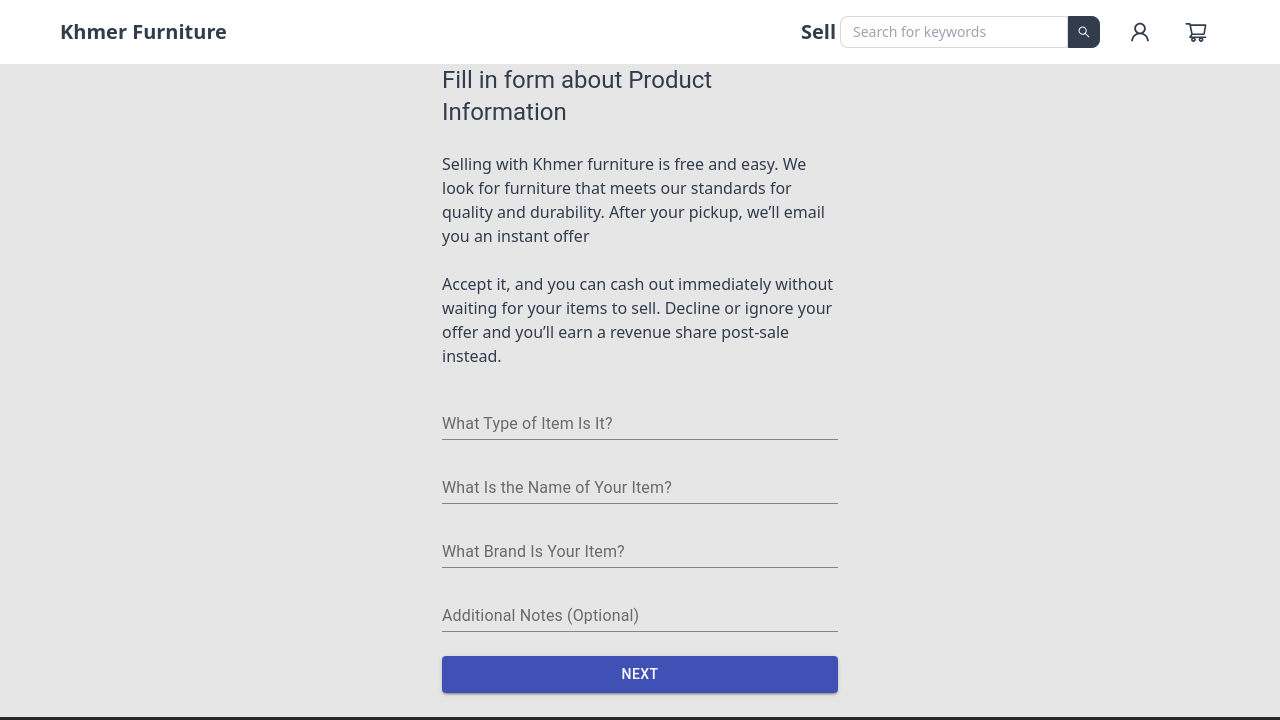
Repository: PlayerNguyen/dotot-shop
Page: /sell (app in client/)
These files come from the project's save history. The page is drawn as it stood at one moment and after the next save; the edit follows.
The browser window is 1280 px wide. The pictures show the whole page.
An inner scrolling area shows only its first screen. The project was rebuilt for these pictures with package versions that can differ from the ones it lists, and the page was loaded fresh each time. Also part of the build but not shown: client/src/components/NoMatch/NoMatch.jsx, client/src/components/Sell/UserDetails.js, client/src/components/Sell/Confirmation.js, client/src/components/Sell/Success.js.

Above is the page before, as saved 2022-12-08 12:39:59.

### client/src/index.html
<!DOCTYPE html>
<html lang="en" data-theme="emerald">
  <head>
    <meta charset="UTF-8" />
    <meta http-equiv="X-UA-Compatible" content="IE=edge" />
    <meta name="viewport" content="width=device-width, initial-scale=1.0" />
    <title>dotot.com - Nơi mua bán đồ cũ</title>
    <link rel="stylesheet" href="./index.css" />
  </head>
  <body>
    <div id="app"></div>

    <script src="./index.js" type="module"></script>
  </body>
</html>

### client/src/index.js
import React, { Suspense } from "react";
import client from "react-dom/client";
import { BrowserRouter } from "react-router-dom";
import App from "./App";
import "./index.css";
const appElement = document.getElementById("app");
let root = client.createRoot(appElement);
import { Provider } from "react-redux";
import { store } from "./stores/globalStore";

root.render(
  <React.StrictMode>
    <BrowserRouter>
      <Provider store={store}>
        <App />
      </Provider>
    </BrowserRouter>
  </React.StrictMode>
);

### client/src/App.jsx
import React, { Suspense } from "react";
import { ToastContainer } from "react-toastify";
import { Link, Route, Routes } from "react-router-dom";
const Home = React.lazy(() => import("./components/Home/Home"));
const Credentials = React.lazy(() =>
  import("./components/Credentials/Credentials")
);
import "react-toastify/dist/ReactToastify.css";
const SignUp = React.lazy(() => import("./components/Credentials/SignUp"));
const SignIn = React.lazy(() => import("./components/Credentials/SignIn"));
import Navbar from "./components/Navbar/Navbar";
const SignOut = React.lazy(() => import("./components/Credentials/SignOut"));
const CredentialSelection = React.lazy(() =>
  import("./components/Credentials/CredentialSelection")
);

import NoMatch from "./components/NoMatch/NoMatch";
import Footer from "./components/Footer/Footer";

const Product = React.lazy(() => import("./components/Product/Product"));
const ProductView = React.lazy(() =>
  import("./components/Product/ProductView")
);
const Profile = React.lazy(() => import("./components/Profile/Profile"));
const ProfileGeneral = React.lazy(() =>
  import("./components/Profile/ProfileGeneral")
);
const RequestSignedIn = React.lazy(() =>
  import("./components/RequestSignedIn/RequestSignedIn")
);

import { AiFillHome, AiOutlineUser } from "react-icons/ai";
const Checkout = React.lazy(() => import("./components/Checkout/Checkout"));

import Sell from "./components/Sell/Sell";

export default function App() {
  return (
    <div className="drawer bg-base-200">
      <input id="app-drawer" type="checkbox" className="drawer-toggle" />

      <div className="drawer-content flex flex-col">
        {/* Navbar */}
        <Suspense>
          <Navbar />
        </Suspense>

        {/* Render home */}
        <Routes>
          <Route path="/">
            <Route
              index
              element={
                <Suspense>
                  <Home />
                </Suspense>
              }
            />
            <Route
              path="/users"
              element={
                <Suspense>
                  <Credentials />
                </Suspense>
              }
            >
              {/* TODO: check whether user is logged in or not, to put current */}
              <Route
                index
                element={
                  <Suspense>
                    <CredentialSelection />
                  </Suspense>
                }
              />
              <Route
                path="/users/sign-up"
                element={
                  <Suspense>
                    <SignUp />
                  </Suspense>
                }
              />
              <Route
                path="/users/sign-in"
                element={
                  <Suspense>
                    <SignIn />
                  </Suspense>
                }
              />
              <Route path="/users/sign-out" element={<SignOut />} />
            </Route>
            <Route
              path="/products"
              element={
                <Suspense>
                  <Product />
                </Suspense>
              }
            >
              <Route
                path=":productId"
                element={
                  <Suspense>
                    <ProductView />
                  </Suspense>
                }
              />
            </Route>
            <Route
              element={
                <Suspense>
                  <RequestSignedIn />
                </Suspense>
              }
            >
              <Route
                path="/profile"
                element={
                  <Suspense>
                    <Profile />
                  </Suspense>
                }
              >
                <Route
                  path="/profile/general"
                  element={
                    <Suspense>
                      <ProfileGeneral />
                    </Suspense>
                  }
                />
              </Route>
            </Route>
            <Route
              path="/checkout"
              element={
                <Suspense>
                  <Checkout />
                </Suspense>
              }
            ></Route>
            <Route path="/sell" element={<Sell />} />
            <Route path="*" element={<NoMatch />} />
          </Route>
        </Routes>

        {/* Footer */}
        <Footer />
      </div>
      {/* Drawer side */}
      <div className="drawer-side">
        <label htmlFor="app-drawer" className="drawer-overlay"></label>
        <ul className="menu p-4 overflow-y-auto w-80 bg-base-100">
          <li>
            <Link to="/" className="">
              <i>
                <AiFillHome />
              </i>
              <span>Home</span>
            </Link>
          </li>

          <li>
            <Link to="/profile">
              <i>
                <AiOutlineUser />
              </i>
              <span>Users</span>
            </Link>
          </li>
        </ul>
      </div>

      <ToastContainer />
    </div>
  );
}

### client/src/stores/globalStore.ts
import { configureStore } from "@reduxjs/toolkit";
import cartSliceReducer from "../slices/CartSlice";
export const store = configureStore({
  reducer: {
    cart: cartSliceReducer,
  },
});

// Infer the `RootState` and `AppDispatch` types from the store itself
export type RootState = ReturnType<typeof store.getState>;
// Inferred type: {posts: PostsState, comments: CommentsState, users: UsersState}
export type AppDispatch = typeof store.dispatch;

### client/src/components/Navbar/Navbar.jsx
import { useState } from "react";
import {
  AiFillSetting,
  AiOutlineSearch,
  AiOutlineShoppingCart,
  AiOutlineUser,
} from "react-icons/ai";
import { ImExit } from "react-icons/im";
import { FiMenu } from "react-icons/fi";
import { Link } from "react-router-dom";

export default function Navbar() {
  const [cartSize, setCartSize] = useState(0);
  const [signedIn, setSignedIn] = useState(false);

  useState(() => {
    setSignedIn(localStorage.getItem("token") !== null);
  }, [localStorage]);

  return (
    <div className="navbar bg-base-100 lg:px-12">
      {/* Navbar start section */}
      <div className="flex flex-row lg:hidden">
        <label htmlFor="app-drawer" className="drawer-button btn btn-ghost">
          <FiMenu className="text-xl" />
        </label>
      </div>

      <div className="flex-1 px-3">
        <Link to="/">
          <h1 className="text-xl font-bold">Khmer Furniture</h1>
        </Link>
      </div>

      {/* Wide screen  */}
      <div className="hidden lg:flex flex-row gap-1 text-2xl">
      <Link to="/sell">
          <h1 className="text-xl font-bold ">Sell </h1>
          <span></span>
        </Link>
        {/* Search group */}
        <div>
          <div className=" input-group">
            <input
              className="input input-bordered input-sm"
              placeholder="Search for keywords"
            />
            <button className="btn btn-square btn-sm">
              <AiOutlineSearch />
            </button>
          </div>
        </div>
        {/* Link group */}
        <div className="menu menu-horizontal p-2 rounded-box text-md">
          {!signedIn ? (
            <li>
              <Link to={"/users/"}>
                <AiOutlineUser />
              </Link>
            </li>
          ) : (
            <li>
              <div className="dropdown dropdown-end dropdown-hover block">
                <label tabIndex={0}>
                  <AiOutlineUser />
                </label>
                <ul
                  tabIndex={0}
                  className="menu dropdown-content p-2 shadow bg-base-100 rounded-box w-52 mt-4 text-sm"
                >
                  <li className="block">
                    <Link to="/profile">
                      <AiFillSetting />
                      Profile
                    </Link>
                  </li>
                  <li className="block">
                    <Link to={`/users/sign-out`}>
                      <ImExit />
                      Sign out
                    </Link>
                  </li>
                </ul>
              </div>
            </li>
          )}

          <li>
            <Link to={"/checkout"} className="relative">
              <AiOutlineShoppingCart />
              {cartSize && cartSize > 0 ? (
                <span className="text-sm ">{cartSize}</span>
              ) : null}
            </Link>
          </li>
        </div>
      </div>

      {/* For small screen */}
      <div className="lg:hidden">
        <div className="menu menu-horizontal p-2 rounded-box text-xl">
          {/* Shopping cart */}
          <li>
            <a className="relative">
              <span>
                <AiOutlineShoppingCart />
              </span>
              {cartSize && cartSize > 0 ? (
                <span className="absolute text-sm left-2 top-2 bg-red-400 px-2 rounded-full text-white">
                  {cartSize}
                </span>
              ) : null}
            </a>
          </li>
          {/* Search */}
          <li>
            <a className="relative">
              <AiOutlineSearch />
            </a>
          </li>
        </div>
      </div>
    </div>
  );
}

### client/src/components/Footer/Footer.jsx
import React from "react";
import { AiFillFacebook, AiFillPhone } from "react-icons/ai";

export default function Footer() {
  return (
    <div className="footer-wrapper bg-zinc-800 text-zinc-100 md:px-12">
      <footer className="footer p-12 min-h-[20vh] flex flex-col gap-4 sm:flex-row  sm:gap-10">
        <div className="flex flex-col gap-1 flex-1">
          {/* <div className="font-bold text-2xl">General</div> */}
          <div className={`font-bold text-2xl`}>Contact</div>

          <div>
            <div className="flex flex-row gap-2">
              <span>
                <AiFillPhone />
              </span>
              <span className="text-zinc-400">(+84) 123456789</span>
            </div>
            {/* Social medias */}
            <div className="flex flex-row text-2xl my-1">
              <div>
                <AiFillFacebook />
              </div>
              <div>
                <AiFillFacebook />
              </div>
            </div>
          </div>
        </div>

        <div className="flex-1">
          <div className="text-2xl font-bold">References</div>
          <div className="text-zinc-400">
            <div>Policies</div>
            <div>Exchange and Refurbish</div>
            <div>Warranty</div>
          </div>
        </div>
      </footer>
    </div>
  );
}

### client/src/components/Sell/Sell.jsx
import React, { Component } from 'react'
import ProductDetails from './ProductDetails';
import UserDetails from './UserDetails';
import Confirmation from './Confirmation';
import Success from './Success';

export default class Sell extends Component{

  state = {
    step: 1,
    category: '',
    productName: '',
    brandName: '',
    firstName: '',
    lastName: '',
    country: '',
    levelOfEducation: '',
  }

  // go back to previous step
  prevStep = () => {
    const { step } = this.state;
    this.setState({ step: step - 1 });
  }

  // proceed to the next step
  nextStep = () => {
    const { step } = this.state;
    this.setState({ step: step + 1 });
  }

  // Handle fields change
  handleChange = input => e => {
    this.setState({ [input]: e.target.value });
  }

  render() {
    const { step } = this.state;
    const { category, productName, brandName, firstName, lastName, country, levelOfEducation } = this.state;
    const values = { category, productName, brandName, firstName, lastName, country, levelOfEducation }

    switch(step) {
      case 1:
        return (
          <ProductDetails
            nextStep={ this.nextStep }
            handleChange={ this.handleChange }
            values={ values }
          />
        )
      case 2:
        return (
          <UserDetails
            prevStep={ this.prevStep }
            nextStep={ this.nextStep }
            handleChange={ this.handleChange }
            values={ values }
          />
        )
      case 3:
          return (
            <Confirmation
              prevStep={ this.prevStep }
              nextStep={ this.nextStep }
              values={ values }
            />
          )
        case 4:
          return (
            <Success />
          )
      default:
          // do nothing
    }
  }

}

### client/src/slices/CartSlice.ts
import { createSlice } from "@reduxjs/toolkit";
import type { PayloadAction } from "@reduxjs/toolkit";

const cart = localStorage.getItem(
  process.env.CART_ITEM_KEY_NAME ? process.env.CART_ITEM_KEY_NAME : "cartItems"
);
const initialState = {
  items: cart ? JSON.parse(cart) : new Set(),
};

const CartSlice = createSlice({
  name: "Cart",
  initialState,
  reducers: {
    addCartItem: (state, action: PayloadAction<string>) => {
      if (!state.items.includes(action.payload)) {
        state.items = [...state.items, action.payload];
      }
    },
    removeCartItem: (state, action: PayloadAction<string>) => {
      state.items = [...state.items].filter((ele) => ele !== action.payload);
    },
    clearCartItem: (state) => {
      state.items = [];
    },
  },
});

export const { addCartItem, removeCartItem, clearCartItem } = CartSlice.actions;

export default CartSlice.reducer;

### client/src/components/Sell/ProductDetails.js
import React from 'react'
// import { makeStyles } from '@material-ui/core/styles';
import { Container, Typography, Grid, TextField, Button } from '@material-ui/core'


const ProductDetails = ({ nextStep, handleChange, values }) => {

    // for continue event listener
    const Continue = e => {
      e.preventDefault();
      nextStep();
    }

    return (
      <Container  component="main" maxWidth="xs">
        <div>
          <Typography  component="h1" variant="h5" className='content-center '>
           Fill in form about Product Information
          </Typography>
          <br/>
          <div> Selling with Khmer furniture is free and easy. We look for furniture that meets our standards for quality and durability.
          After your pickup, we’ll email you an instant offer </div>
          <br/>
          <div> Accept it, and you can cash out immediately without waiting for your items to sell.
           Decline or ignore your offer and you’ll earn a revenue share post-sale instead.</div>
           <br/>
          <form>
            <Grid container spacing={2}>
                {/* Category */}
                <Grid item xs={12}>
                  <TextField
                    placeholder="Category type"
                    label="What Type of Item Is It?"
                    onChange={handleChange('category')}
                    defaultValue={values.category}
                    // variant="outlined"
                    // autoComplete="chair"
                    fullWidth
                  />
                </Grid>
                <br />
                {/* Product Name */}
                <Grid item xs={12}>
                  <TextField
                    placeholder="Product Name "
                    label="What Is the Name of Your Item?"
                    onChange={handleChange('productName')}
                    defaultValue={values.productName}
                    // variant="outlined"
                    // autoComplete="productName"
                    fullWidth
                  />
                </Grid>
                <br />
                {/* Brand Name */}
                <Grid item xs={12}>
                  <TextField
                    placeholder="Brand Name"
                    label="What Brand Is Your Item? "
                    onChange={handleChange('brandName')}
                    defaultValue={values.brandName}
                    // variant="outlined"
                    // autoComplete="password"
                    fullWidth
                    // type="password"
                  />
                </Grid>
                  {/* Additional Notes */}
              <Grid item xs={12}>
                <TextField
                  placeholder="Additional Notes (Optional)"
                  label="Additional Notes (Optional)"
                  onChange={handleChange('levelOfEducation')}
                  defaultValue={values.levelOfEducation}
                  autoComplete="Level of Education"
                  fullWidth
                />
              </Grid>
            </Grid>
            <br />
            <Button
              onClick={ Continue }
              type="submit"
              fullWidth
              variant="contained"
              color="primary"
            >
              Next
            </Button>
          </form>
        </div>
        <br/>
      </Container>
    )
  }

  export default ProductDetails

### client/tailwind.config.js
/** @type {import('tailwindcss').Config} */
module.exports = {
  content: ["./src/**/*.{html,js,ts,jsx,tsx}"],
  theme: {
    extend: {},
  },
  plugins: [require("daisyui")],
  // daisyUI config (optional)
  daisyui: {
    styled: true,
    themes: true,
    base: true,
    utils: true,
    logs: true,
    rtl: false,
    prefix: "",
    darkTheme: "dark",
  },
};

Loaded but not shown: client/src/index.css (common file)

After the next save:
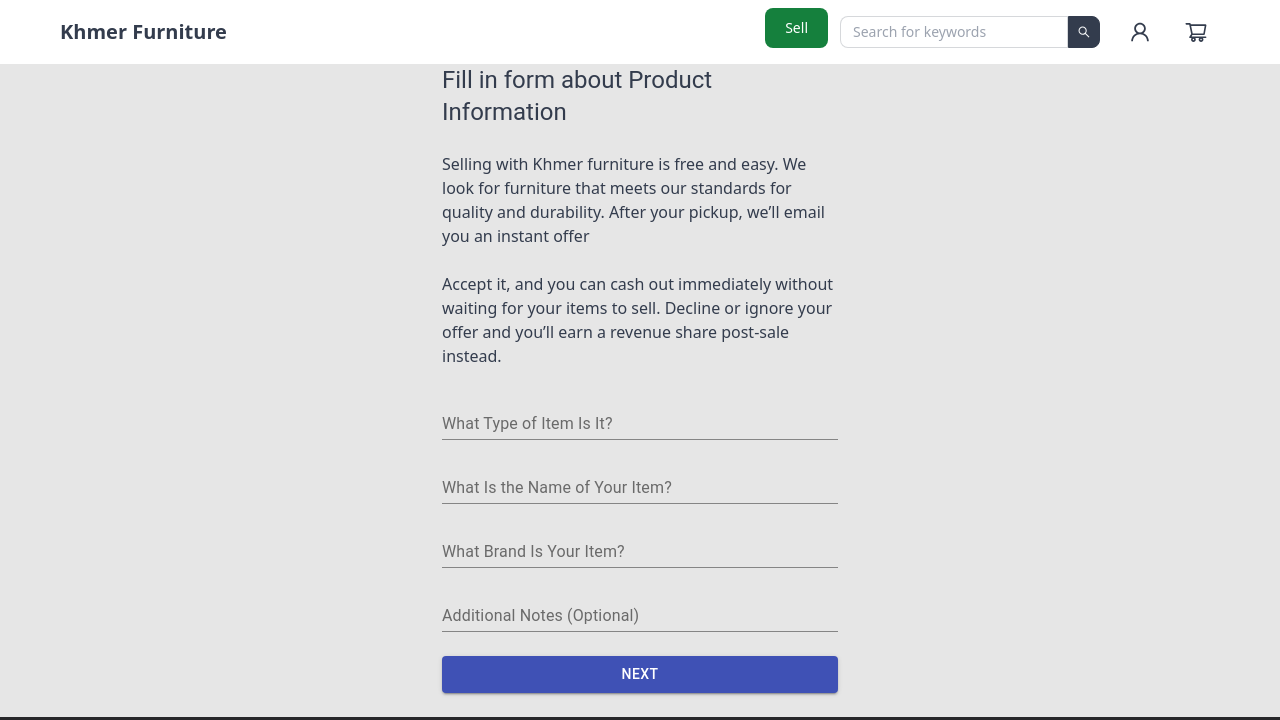
Saved 43 s later.
--- a/client/src/components/Navbar/Navbar.jsx
+++ b/client/src/components/Navbar/Navbar.jsx
@@ -35,7 +35,7 @@ export default function Navbar() {
       {/* Wide screen  */}
       <div className="hidden lg:flex flex-row gap-1 text-2xl">
       <Link to="/sell">
-          <h1 className="text-xl font-bold ">Sell </h1>
+          <h1 className="focus:outline-none text-white bg-green-700 hover:bg-green-800 focus:ring-4 focus:ring-green-300 font-medium rounded-lg text-sm px-5 py-2.5 mr-2 mb-2 dark:bg-green-600 dark:hover:bg-green-700 dark:focus:ring-green-800 ">Sell </h1>
           <span></span>
         </Link>
         {/* Search group */}
